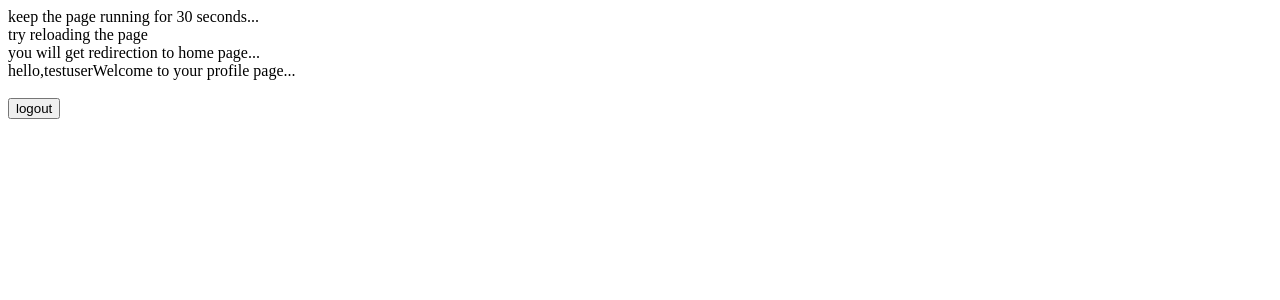
Repository: suryapattnayak/javascript
Page: http://localhost/RegistrationExample/Home.jsp
These files come from the project's save history. The page is drawn as it stood at one moment and after the next save; the edit follows.
The browser window is 1280 px wide. The pictures show the whole page.
The page is served by Tomcat 9. The session is filled in as if someone had signed in: {"user": "testuser"}.

Above is the page before, as saved 2019-09-05 09:06:11.

After the next save:
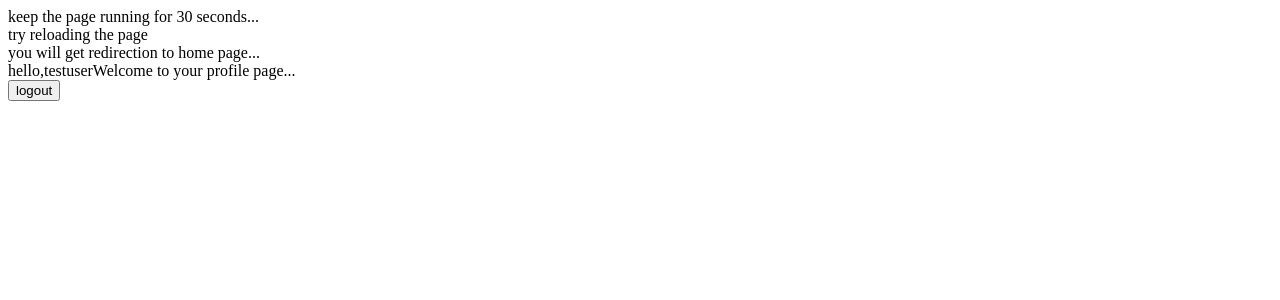
Saved 4 min 1 s later.
--- a/RegistrationExample/WebContent/Home.jsp
+++ b/RegistrationExample/WebContent/Home.jsp
@@ -26,7 +26,6 @@ if(session!=null)
 }
 %>
 <br>
-</br>
 <form action="LogoutController" method="post">
 <input type="submit" value="logout">
 </form>
